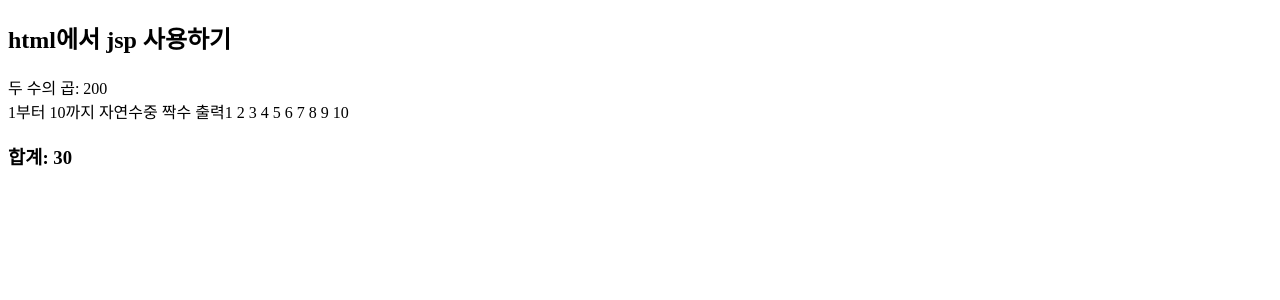
Repository: Kongnamu/JSPworks
Page: http://localhost/jwbook/ch01/Scriptlet.jsp
The author's editor kept a copy of each file at every save. The page is drawn from the files as they stood at one save, then again after the next save.
The browser window is 1280 px wide. The pictures show the whole page.
The page is served by Tomcat 9.

Above is the page before, as saved 2023-11-20 02:12:36.

After the next save:
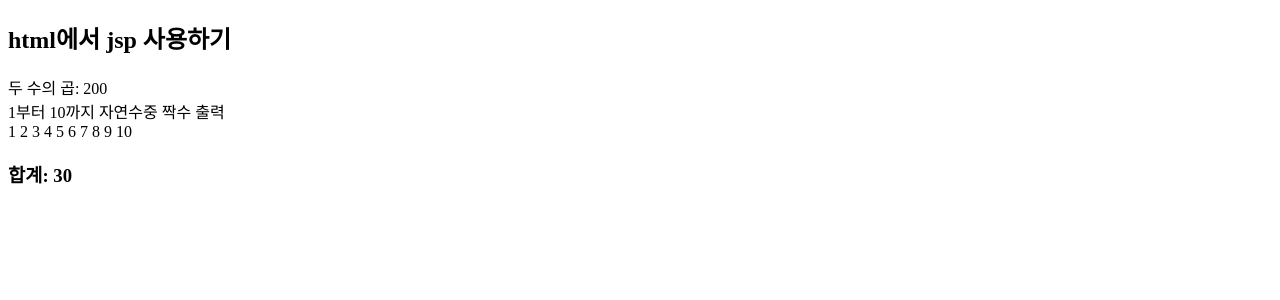
Saved 38 s later.
--- a/jwbook/src/main/webapp/ch01/Scriptlet.jsp
+++ b/jwbook/src/main/webapp/ch01/Scriptlet.jsp
@@ -15,7 +15,7 @@
 		out.println("두 수의 곱: " + (n1*n2) + "<br>");
 
 		// 1부터 10까지 자연수, 짝수 출력
-		out.print("1부터 10까지 자연수중 짝수 출력");
+		out.print("1부터 10까지 자연수중 짝수 출력<br>");
 		for(int i = 1; i <= 10; i++){
 			out.println(i);
 		}
